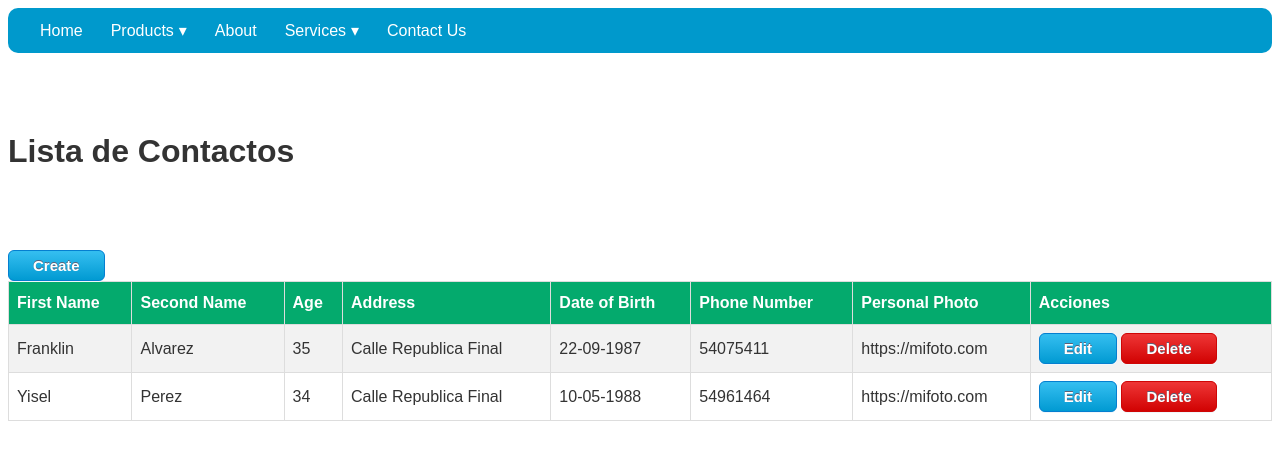
Repository: fgala1619/frontSistGestionBank
Page: index.html
The author's editor kept a copy of each file at every save. The page is drawn from the files as they stood at one save, then again after the next save.
The browser window is 1280 px wide. The pictures show the whole page.

Above is the page before, as saved 2023-07-26 13:09:51.

After the next save:
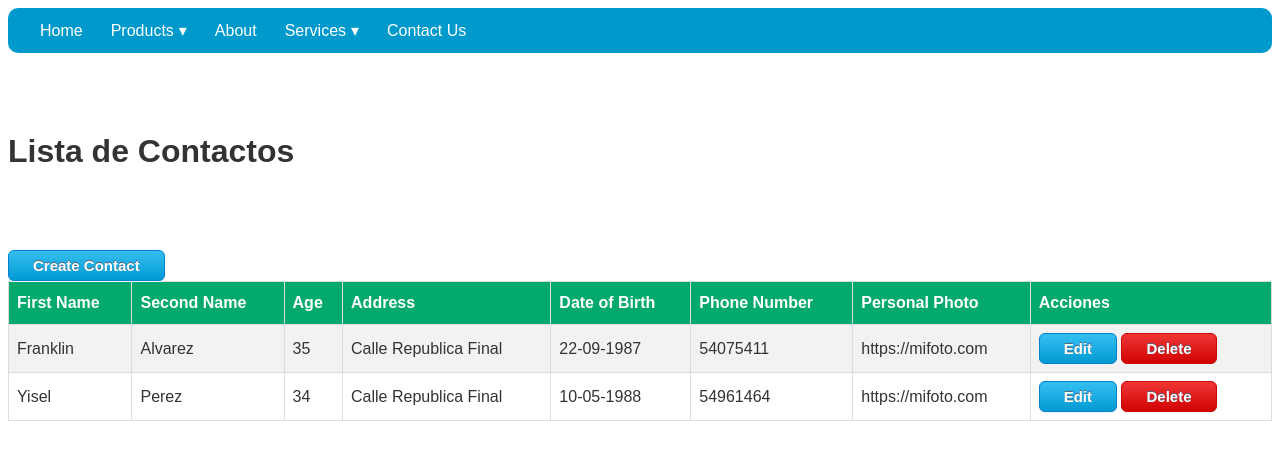
Saved 68 s later.
--- a/index.html
+++ b/index.html
@@ -30,7 +30,7 @@
 
 <h1>Lista de Contactos</h1>
 
-<a href="#" class="myButton">Create</a>
+<a href="#" class="myButton">Create Contact</a>
 
 <table id="customers">
     <tr>
